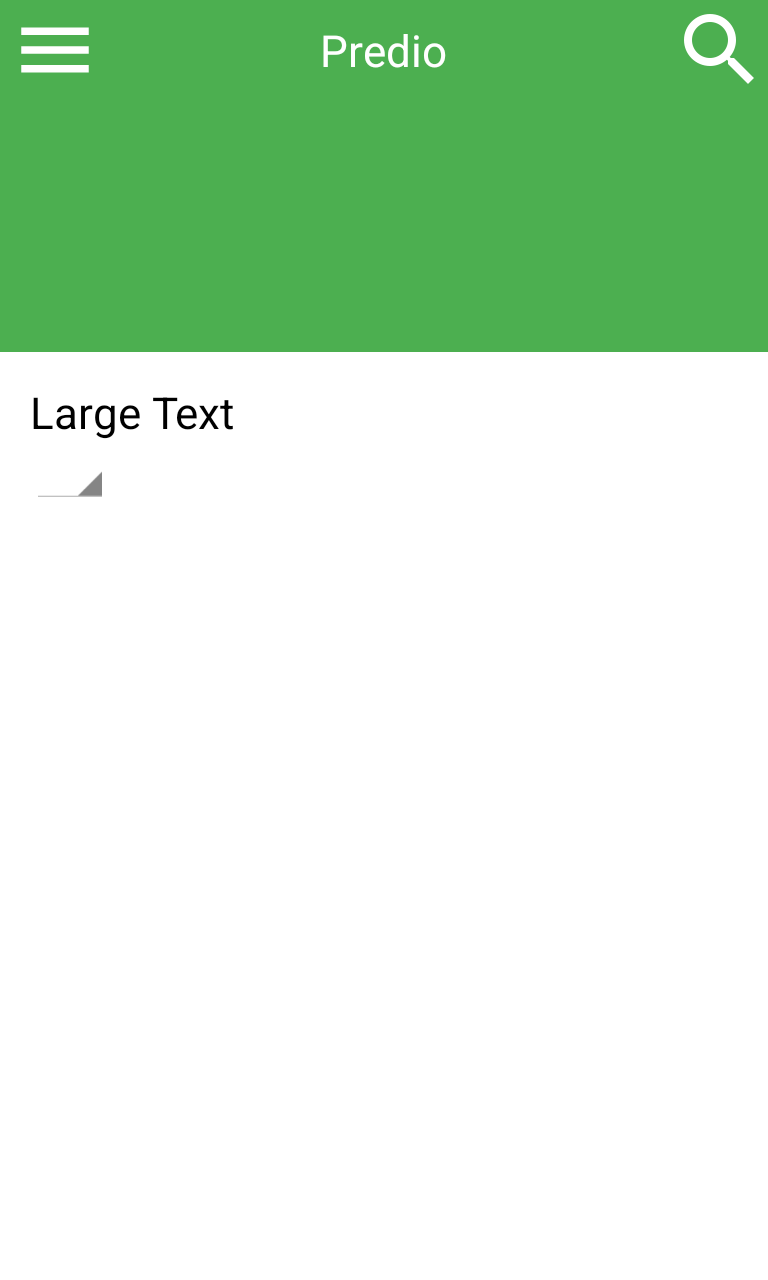
Repository: danielctf/Chilterra
Layout: Proyectos/Animales/res/layout/activity_baja_ganado.xml
The author's editor kept a copy of each file at every save. The layout is drawn from the files as they stood at one save, then again after the next save.
It is drawn on a 768 x 1280 px phone screen (xhdpi) without system bars, with theme AppTheme; the app's code is not run.

Above is the layout before, as saved 2015-10-09 14:40:41.

### Proyectos/Animales/res/layout/activity_baja_ganado.xml
<LinearLayout xmlns:android="http://schemas.android.com/apk/res/android"
    xmlns:tools="http://schemas.android.com/tools"
    android:id="@+id/LinearLayout1"
    android:layout_width="match_parent"
    android:layout_height="match_parent"
    android:orientation="vertical"
    tools:context="cl.a2r.animales.BajaGanado" >

    <RelativeLayout
        android:layout_width="match_parent"
        android:layout_height="50dp"
        android:background="@color/green" >

        <ImageButton
            android:id="@+id/menu"
            android:layout_width="wrap_content"
            android:layout_height="wrap_content"
            android:layout_alignParentLeft="true"
            android:layout_centerVertical="true"
            android:layout_marginLeft="5dp"
            android:background="@null"
            android:src="@drawable/ic_navigation_menu" />

        <TextView
            android:id="@+id/predio"
            android:layout_width="wrap_content"
            android:layout_height="wrap_content"
            android:layout_centerHorizontal="true"
            android:layout_centerVertical="true"
            android:text="Predio"
            android:textAppearance="?android:attr/textAppearanceLarge"
            android:textColor="@color/white" />

        <ImageView
            android:id="@+id/logs"
            android:layout_width="wrap_content"
            android:layout_height="wrap_content"
            android:layout_alignParentRight="true"
            android:layout_centerVertical="true"
            android:src="@drawable/ic_search_white_48dp" />
    </RelativeLayout>

    <RelativeLayout
        android:layout_width="match_parent"
        android:layout_height="wrap_content"
        android:background="@color/green"
        android:layout_weight="0.2" >

        <TextView
            android:id="@+id/despliegaDiio"
            android:layout_width="wrap_content"
            android:layout_height="wrap_content"
            android:layout_centerHorizontal="true"
            android:layout_centerVertical="true"
            android:text=""
            android:textAppearance="?android:attr/textAppearanceLarge" />

    </RelativeLayout>

    <RelativeLayout
        android:layout_width="match_parent"
        android:layout_height="wrap_content"
        android:layout_weight="0.8" >

        <TextView
            android:id="@+id/textView1"
            android:layout_width="wrap_content"
            android:layout_height="wrap_content"
            android:layout_alignParentLeft="true"
            android:layout_alignParentTop="true"
            android:layout_marginLeft="15dp"
            android:layout_marginTop="15dp"
            android:text="Large Text"
            android:textAppearance="?android:attr/textAppearanceLarge" />

        <Spinner
            android:id="@+id/spinner1"
            android:layout_width="40dp"
            android:layout_height="wrap_content"
            android:layout_alignLeft="@+id/textView1"
            android:layout_below="@+id/textView1" />

    </RelativeLayout>

</LinearLayout>

### Proyectos/Animales/res/values/colors.xml
<?xml version="1.0" encoding="utf-8"?>
<resources>
    <color name="red">#ffff0000</color>
    <color name="darkred">#b22222</color>
    <color name="white">#ffffff</color>
    <color name="gris">#cccccc</color>
    <color name="green">#4caf50</color>
</resources>

Loaded but not shown: Proyectos/Animales/res/values/styles.xml (common file); Proyectos/Animales/res/values-v11/styles.xml (common file); Proyectos/Animales/res/values-v14/styles.xml (common file)

After the next save:
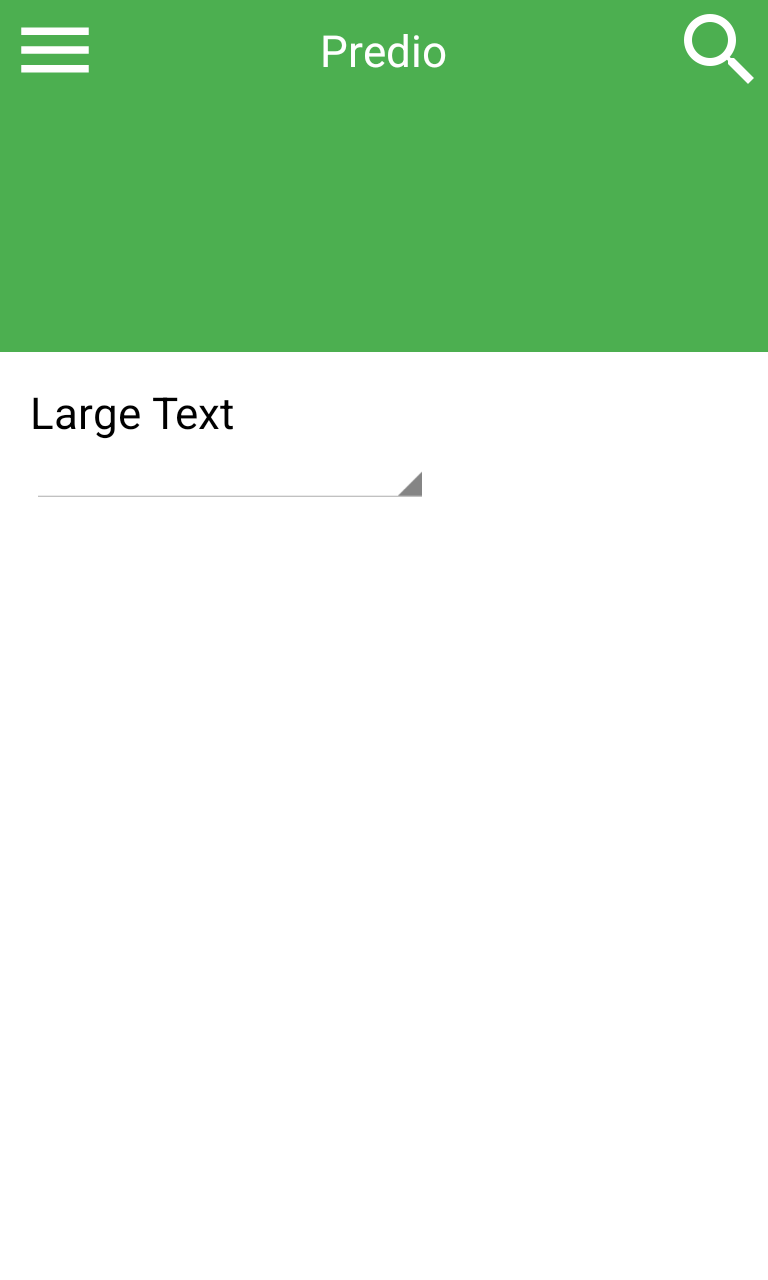
Saved 6 s later.
--- a/Proyectos/Animales/res/layout/activity_baja_ganado.xml
+++ b/Proyectos/Animales/res/layout/activity_baja_ganado.xml
@@ -75,7 +75,7 @@
 
         <Spinner
             android:id="@+id/spinner1"
-            android:layout_width="40dp"
+            android:layout_width="200dp"
             android:layout_height="wrap_content"
             android:layout_alignLeft="@+id/textView1"
             android:layout_below="@+id/textView1" />
